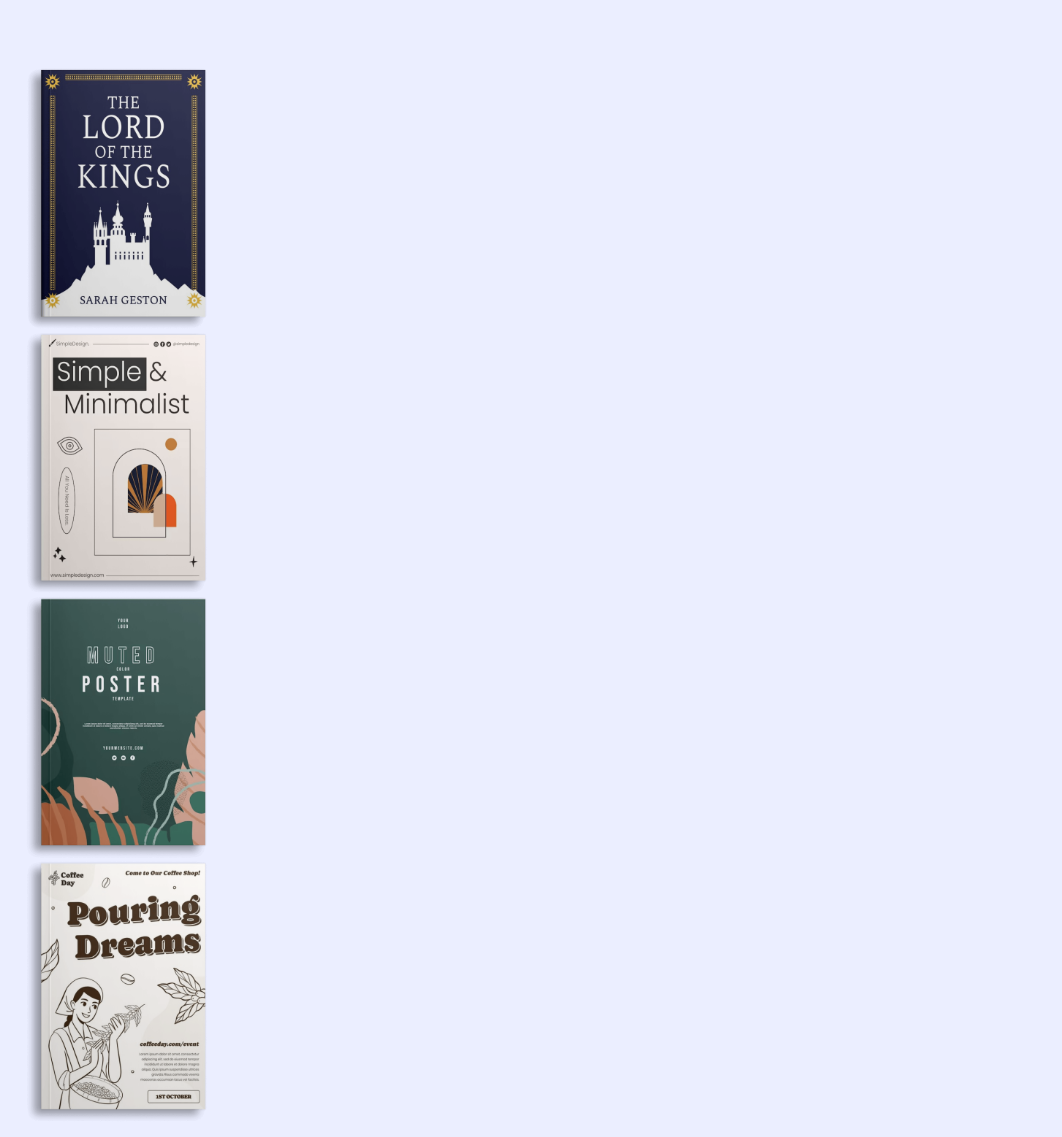
Repository: dinhhaidh/slider-book
Page: index1.html
An editor plug-in stored every save of this project. The page is shown before and after the next save, followed by the edit.
The browser window is 1280 px wide. The pictures show the whole page, at 83% of full size.
Some web fonts or font styles are not loaded; a fallback is used.

Above is the page before, as saved 2024-01-15 15:14:27.

After the next save:
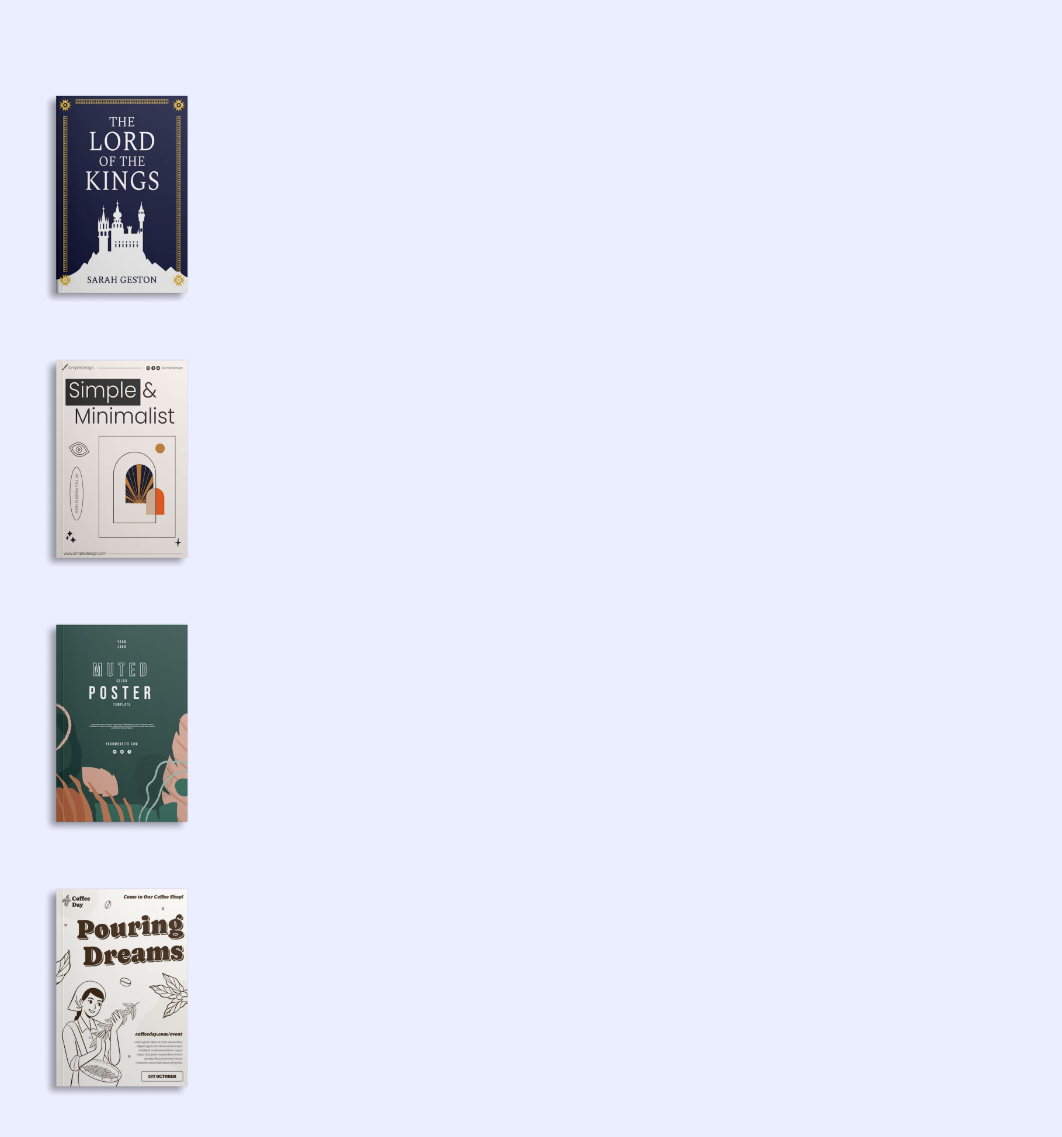
Saved 5 s later.
--- a/style.css
+++ b/style.css
@@ -172,7 +172,7 @@
     transition: scale .4s;
 }
 .home__article{
-    scale: .8s;
+    scale: .8;
 }
 
 /* Swiper class */

After the 6 saves that followed:
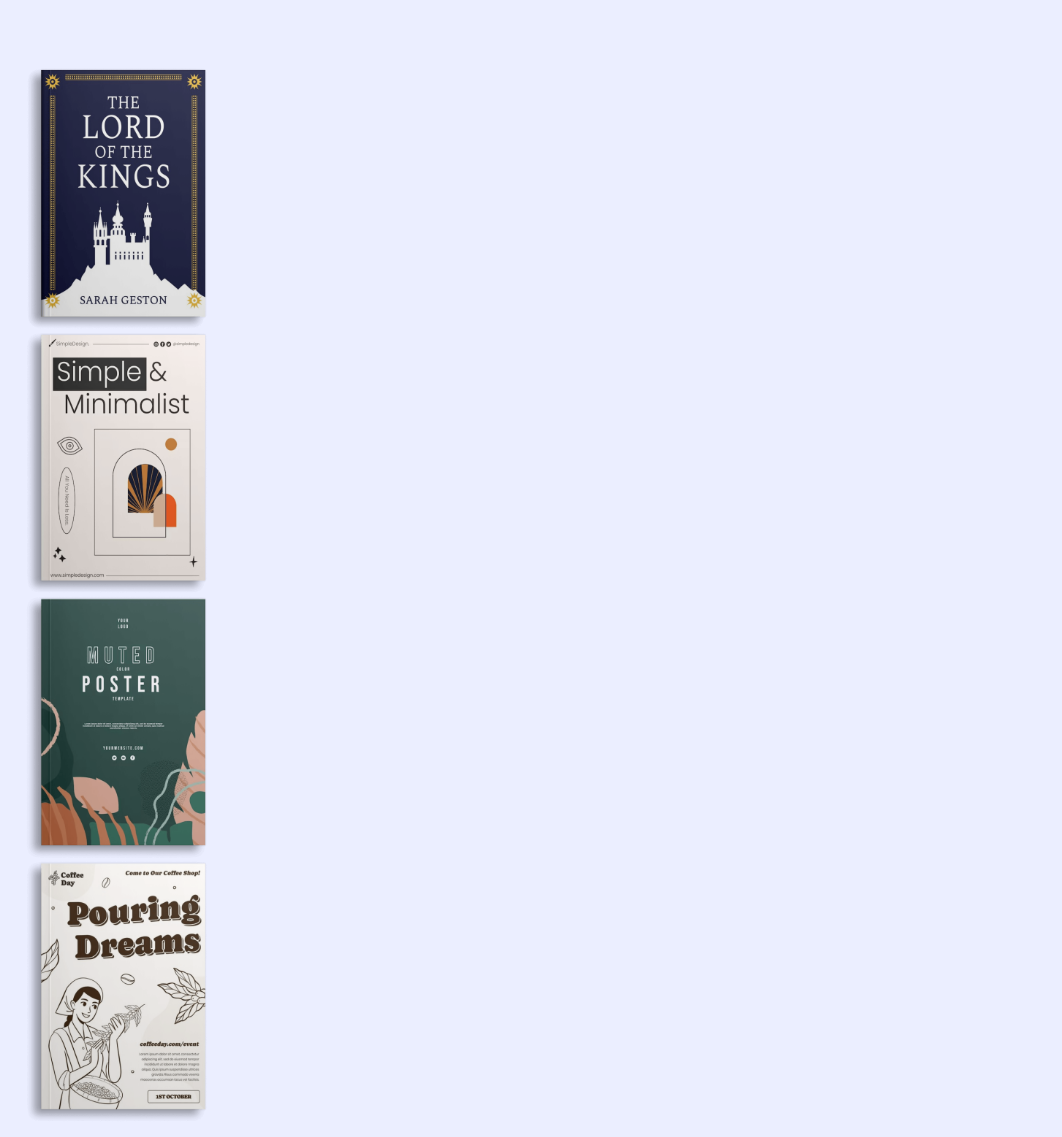
The 6 saves are shown as one change because 3 left the picture as it was and some came seconds apart.
The last was saved 28 s later.
--- a/style.css
+++ b/style.css
@@ -172,7 +172,7 @@
     transition: scale .4s;
 }
 .home__article{
-    scale: .8;
+    /* scale: .8; */
 }
 
 /* Swiper class */
